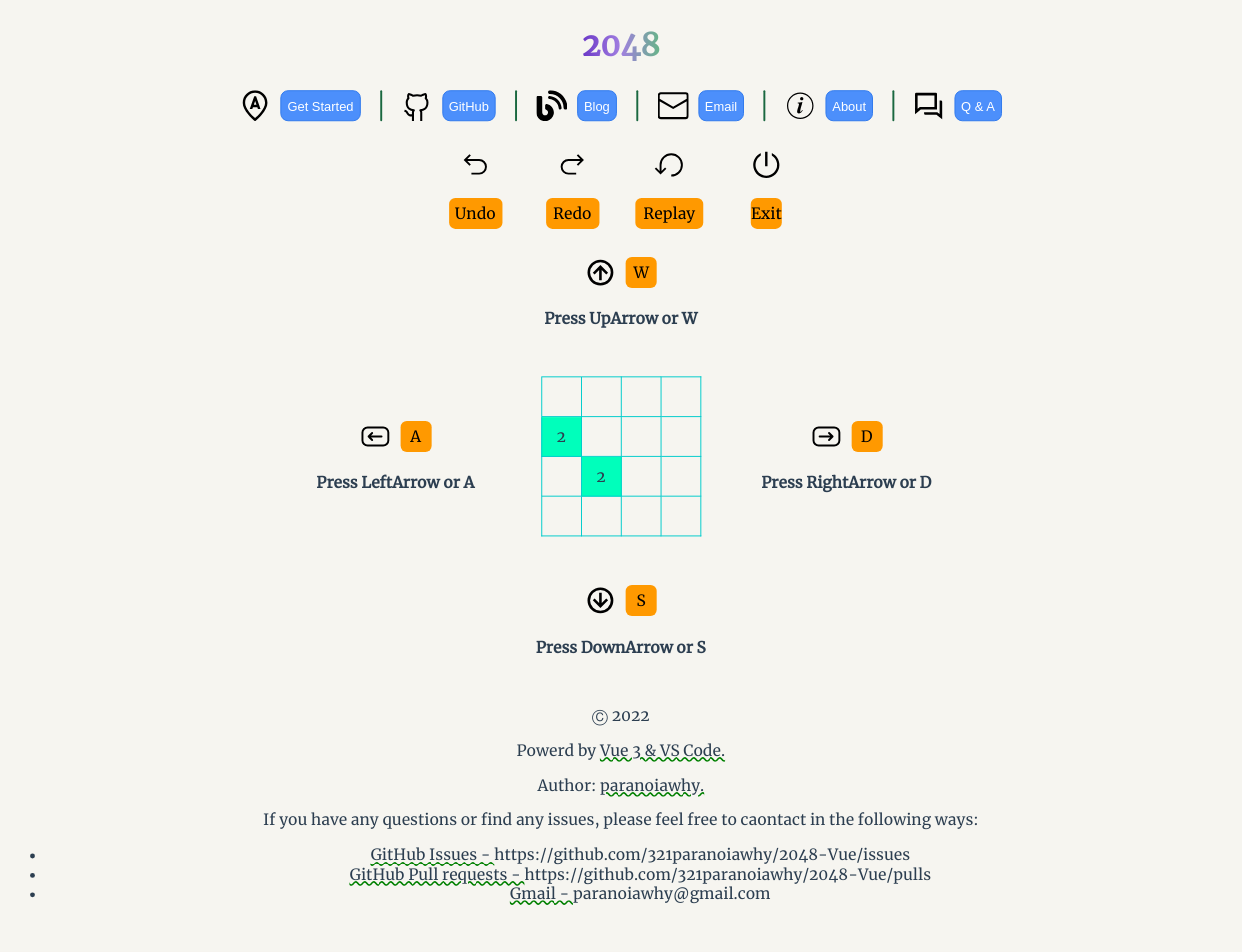
Repository: 321paranoiawhy/2048
Page: /
An editor plug-in stored every save of this project. The page is shown before and after the next save, followed by the edit.
The browser window is 1280 px wide. The pictures show the whole page, at 97% of full size.
The project was rebuilt for these pictures with package versions that can differ from the ones it lists, and the page was loaded fresh each time. Also part of the build but not shown: vue.config.js.

Above is the page before, as saved 2022-04-28 10:15:47.

After the next save:
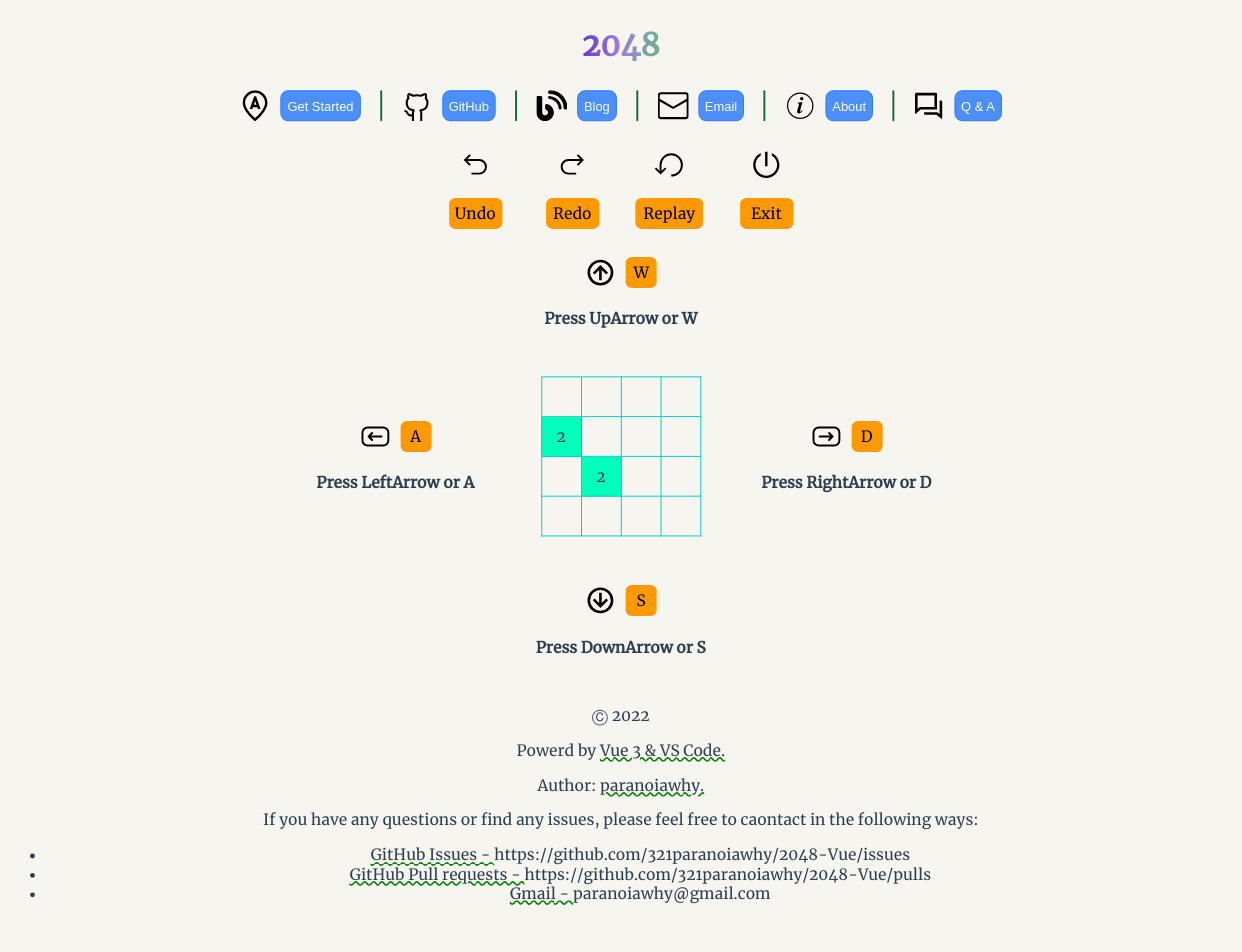
Saved 51 s later.
--- a/src/views/HomeView.vue
+++ b/src/views/HomeView.vue
@@ -722,7 +722,8 @@ $width-height: 32px;
     // }
     // undo redo 宽度
     & .undo,
-    & .redo {
+    & .redo,
+    & .exit {
         width: 55px;
     }
     // replay 宽度
